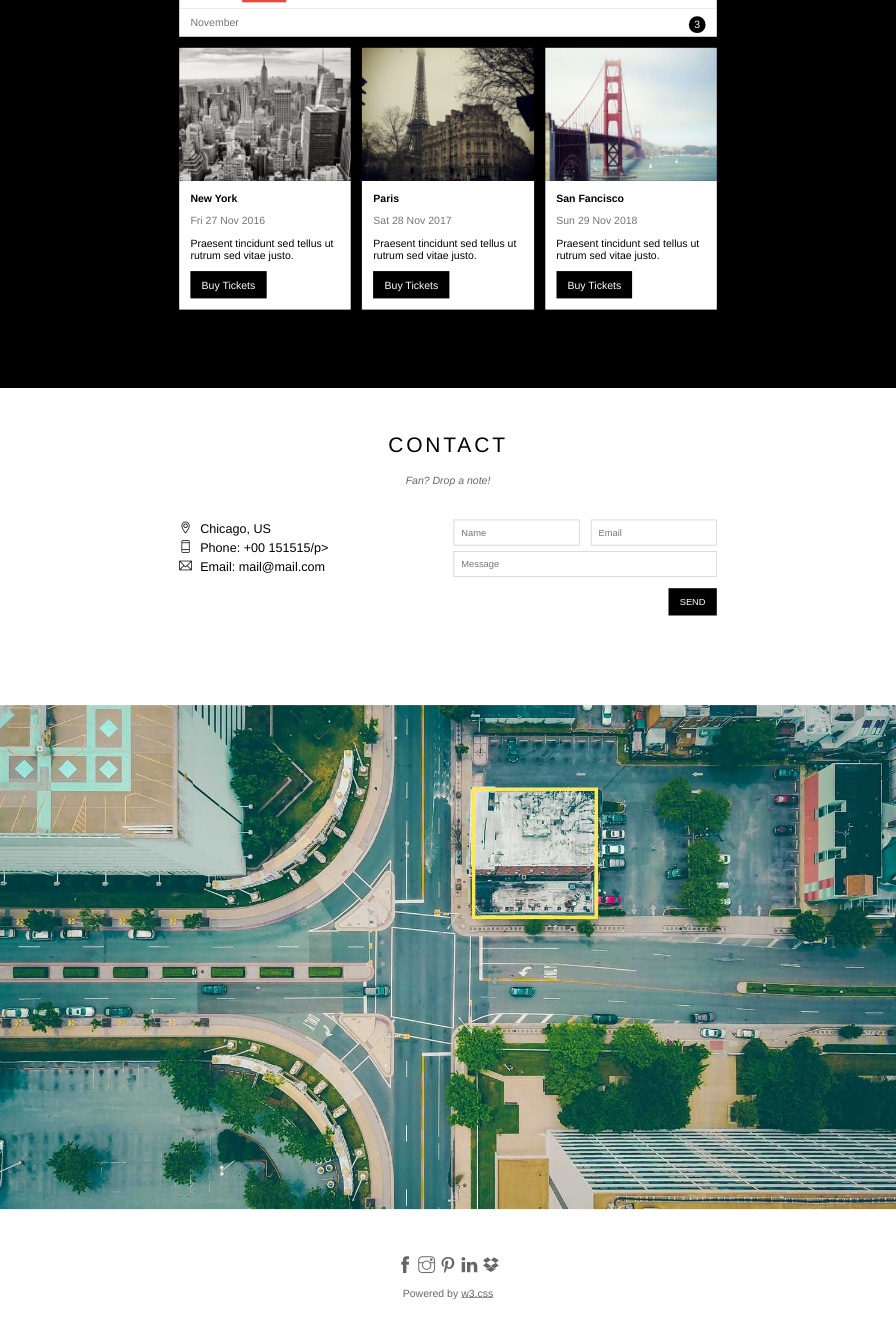
Repository: ThinhTran2k/BigBang-Band-Website
Page: index.html
These files come from the project's save history. The page is drawn as it stood at one moment and after the next save; the edit follows.
The browser window is 1280 px wide. The pictures show the part of the page from y = 1715 to 3635 px (the page is 3635 px tall before and 3627 px after), at 70% of full size.

Above is the page before, as saved 2021-03-16 18:01:51.
Console error: TypeError: Cannot set properties of undefined (setting 'onclick')

After the next save:
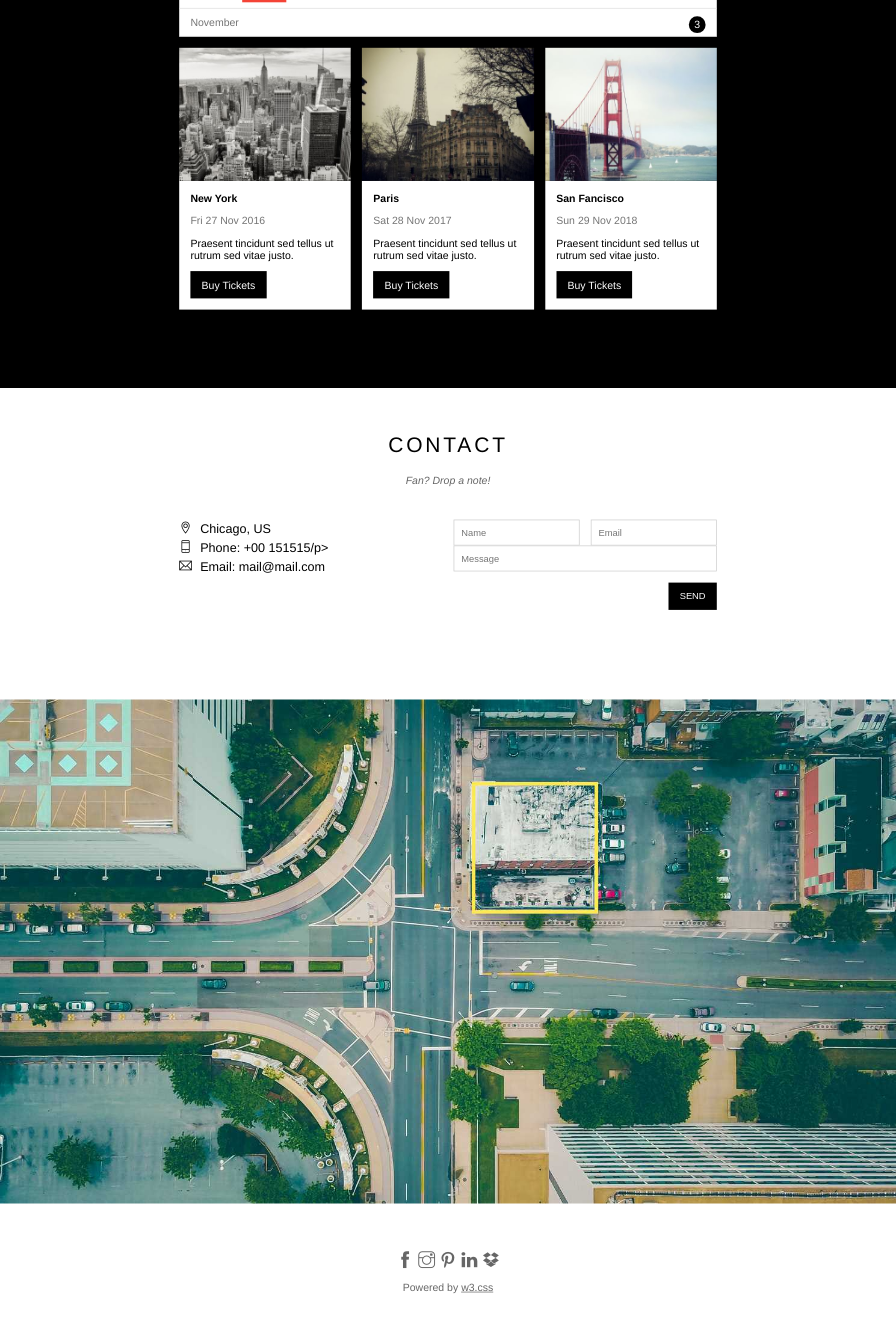
Saved 25 s later.
--- a/asset/css/style.css
+++ b/asset/css/style.css
@@ -279,9 +279,7 @@ html {
     border: 1px solid #ccc;
     width: 100%;
 }
-.mt-8 {
-    margin-top: 8px;
-}
+
 .form-btn {
     display: block;
     margin-left: auto;

After the 2 saves that followed:
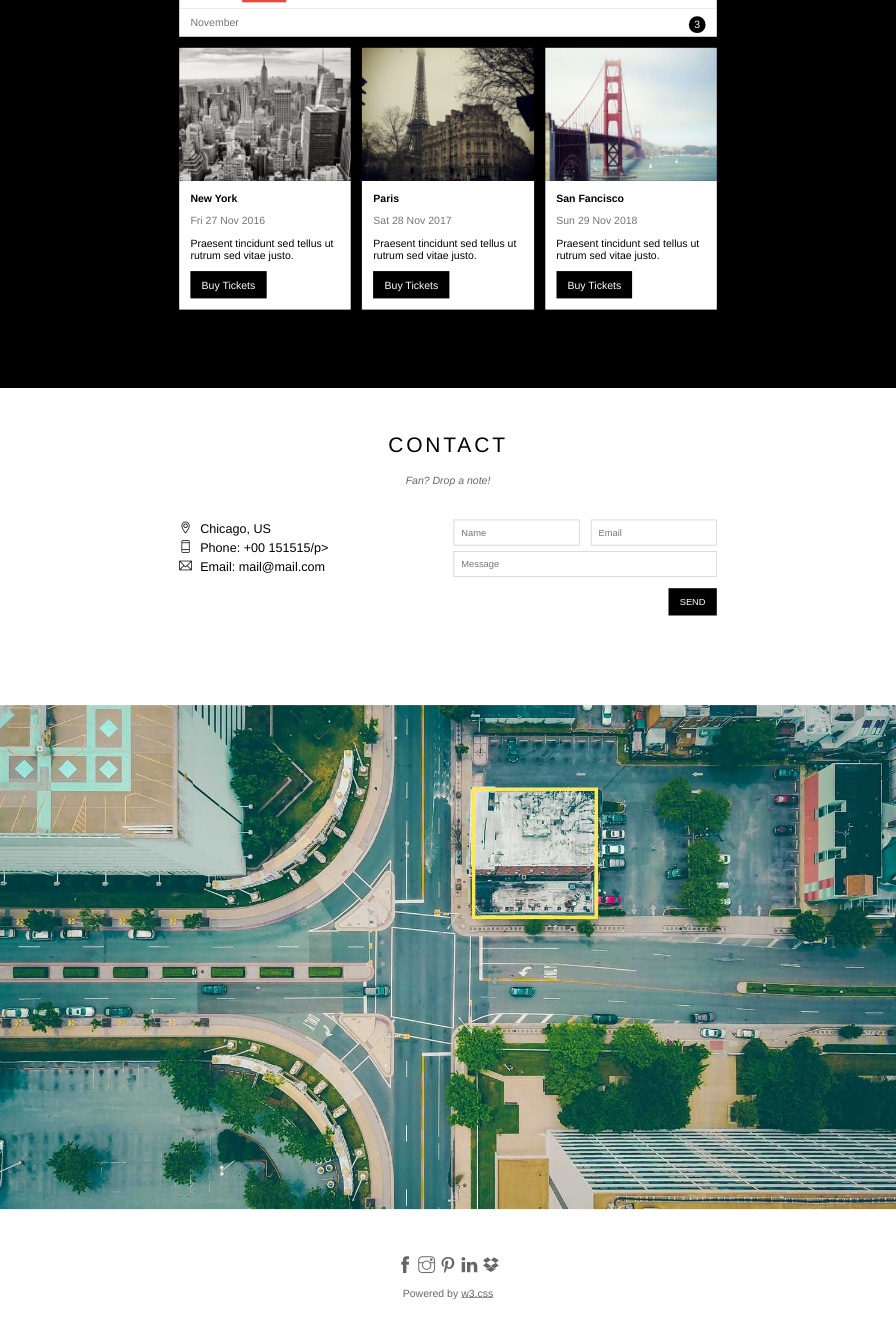
The 2 saves are shown as one change because they came seconds apart.
The last was saved 13 s later.
--- a/asset/css/style.css
+++ b/asset/css/style.css
@@ -32,6 +32,10 @@ html {
 .col-full {
     width: 100%;
 }
+.mt-8 {
+    margin-top: 8px;
+}
+
 /* end */
 
 /* Main */
